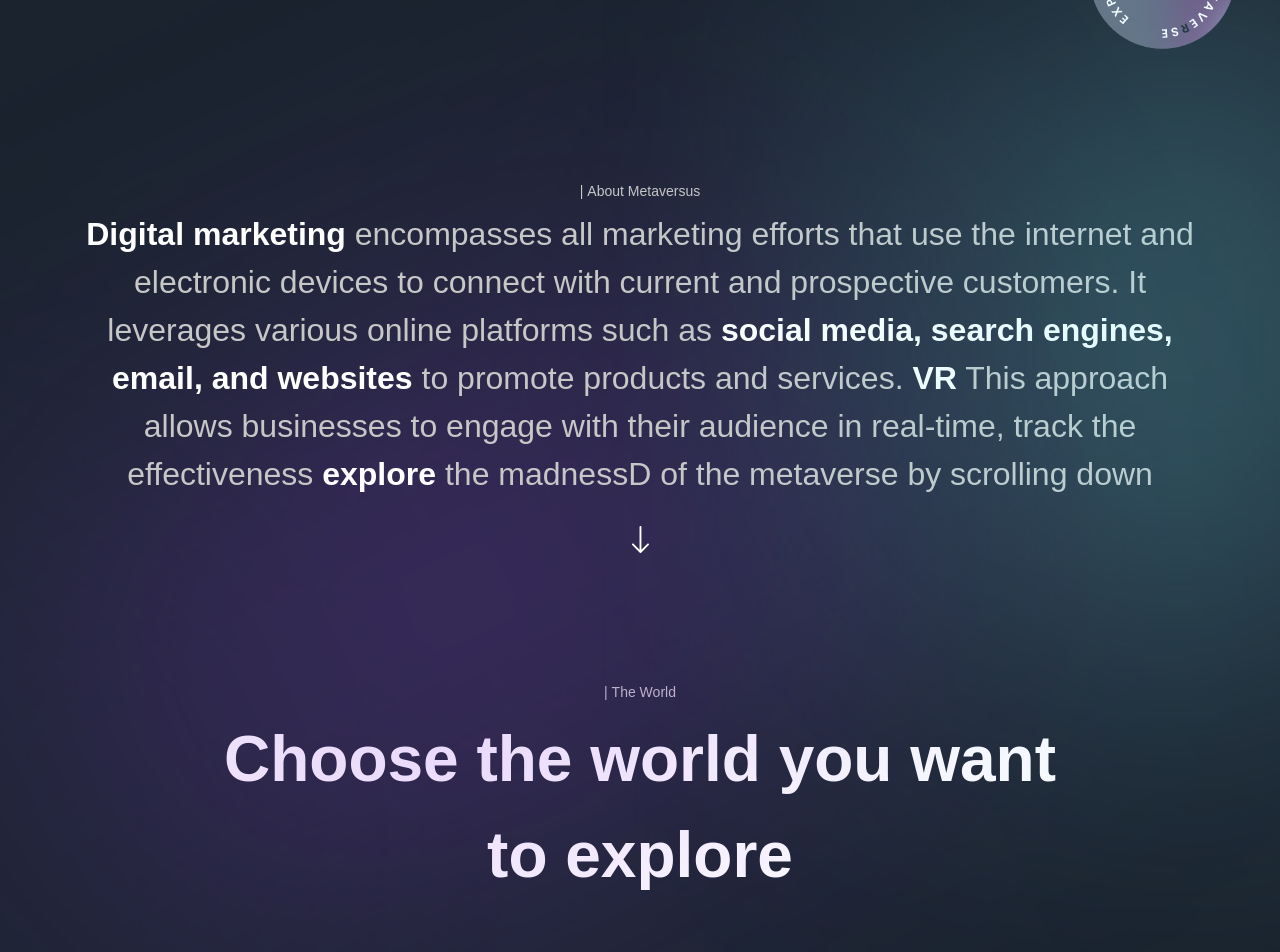
Repository: Shanuga123/metaversus
Page: /
The author's editor kept a copy of each file at every save. The page is drawn from the files as they stood at one save, then again after a run of saves.
The browser window is 1280 px wide. The pictures show the part of the page from y = 987 to 1939 px (the page is 7302 px tall).
Pictures or frames that could not be fetched are drawn as grey boxes. Some web fonts or font styles are not loaded; a fallback is used. The project was rebuilt for these pictures with package versions that can differ from the ones it lists, and the page was loaded fresh each time. The framework's server and built-in components were replaced by stand-ins that run in the browser. Also part of the build but not shown: next.config.js.

Above is the page before, as saved 2024-08-05 21:41:04.

### components/Navbar.jsx
'use client';

import { motion } from 'framer-motion';

import styles from '../styles';
import { navVariants } from '../utils/motion';

const Navbar = () => (
  <motion.nav
    variants={navVariants}
    initial="hidden"
    whileInView="show"
    className={`${styles.xPaddings} py-8 relative`}
  >
    <div className="absolute w-[50%] inset-0 gradient-01" />
    <div
      className={`${styles.innerWidth} mx-auto flex justify-between gap-8`}
    >
      <img
        src="/search.svg"
        alt="search"
        className="w-[24px] h-[24px] object-contain"
      />
      <h2 className="font-extrabold text-[24px] leading-[30.24px] text-white">
        METAVERSUS
      </h2>
      <img
        src="/menu.svg"
        alt="menu"
        className="w-[24px] h-[24px] object-contain"
      />
    </div>
  </motion.nav>
);

export default Navbar;

### components/CustomTexts.jsx
'use client';

import { motion } from 'framer-motion';
import { textContainer, textVariant2 } from '../utils/motion';

export const TypingText = ({ title, textStyles }) => (
  <motion.p
    variants={textContainer}
    className={`font-normal text-[14px] text-secondary-white ${textStyles}`}
  >
    {Array.from(title).map((letter, index) => (
      <motion.span variants={textVariant2} key={index}>
        {letter === ' ' ? '\u00A0' : letter}
      </motion.span>
    ))}
  </motion.p>
);

export const TitleText = ({ title, textStyles }) => (
  <motion.h2
    variants={textVariant2}
    initial="hidden"
    whileInView="show"
    className={`mt-[8px] font-bold md:text-[64px] text-[40px] text-white ${textStyles}`}
  >
    {title}
  </motion.h2>
);

### components/ExploreCard.jsx
'use client';

import { motion } from 'framer-motion';

import styles from '../styles';
import { fadeIn } from '../utils/motion';

const ExploreCard = ({ id, imgUrl, title, index, active, handleClick }) => (
  <motion.div
    variants={fadeIn('right', 'spring', index * 0.5, 0.75)}
    className={`relative ${
      active === id ? 'lg:flex-[3.5] flex-[10]' : 'lg:flex-[0.5] flex-[2]'
    } flex items-center justify-center min-w-[170px] h-[700px] transition-[flex] duration-[0.7s] ease-out-flex cursor-pointer`}
    onClick={() => handleClick(id)}
  >
    <img
      src={imgUrl}
      alt="planet-04"
      className="absolute w-full h-full object-cover rounded-[24px]"
    />
    {active !== id ? (
      <h3 className="font-semibold sm:text-[26px] text-[18px] text-white absolute z-0 lg:bottom-20 lg:rotate-[-90deg] lg:origin-[0,0]">
        {title}
      </h3>
    ) : (
      <div className="absolute bottom-0 p-8 flex justify-start w-full flex-col bg-[rgba(0,0,0,0.5)] rounded-b-[24px]">
        <div
          className={`${styles.flexCenter} w-[60px] h-[60px] rounded-[24px] glassmorphism mb-[16px]`}
        >
          <img
            src="/headset.svg"
            alt="headset"
            className="w-1/2 h-1/2 object-contain"
          />
        </div>
        <p className="font-normal text-[16px] leading-[20.16px] text-white uppercase">
          Enter Metaverse
        </p>
        <h2 className="mt-[24px] font-semibold sm:text-[32px] text-[24px] text-white">
          {title}
        </h2>
      </div>
    )}
  </motion.div>
);

export default ExploreCard;

### components/InsightCard.jsx
'use client';

import { motion } from 'framer-motion';

import { fadeIn } from '../utils/motion';

const InsightCard = ({ imgUrl, title, subtitle, index }) => (
  <motion.div
    variants={fadeIn('up', 'spring', index * 0.5, 1)}
    className="flex md:flex-row flex-col gap-4"
  >
    <img
      src={imgUrl}
      alt="planet-01"
      className="md:w-[270px] w-full h-[250px] rounded-[32px] object-cover"
    />
    <div className="w-full flex justify-between items-center">
      <div className="flex-1 md:ml-[62px] flex flex-col max-w-[650px]">
        <h4 className="font-normal lg:text-[42px] text-[26px] text-white">
          {title}
        </h4>
        <p className="mt-[16px] font-normal lg:text-[20px] text-[14px] text-secondary-white">
          {subtitle}
        </p>
      </div>

      <div
        className="lg:flex hidden items-center justify-center w-[100px] h-[100px] rounded-full bg-transparent border-[1px] border-white"
      >
        <img
          src="/arrow.svg"
          alt="arrow"
          className="w-[40%] h-[40%] object-contain"
        />
      </div>
    </div>
  </motion.div>
);

export default InsightCard;

### components/Footer.jsx
'use client';

import { motion } from 'framer-motion';
import { socials } from '../constants';

import styles from '../styles';
import { footerVariants } from '../utils/motion';

const Footer = () => (
  <motion.footer
    variants={footerVariants}
    initial="hidden"
    whileInView="show"
    className={`${styles.xPaddings} py-8 relative`}
  >
    <div className="footer-gradient" />
    <div className={`${styles.innerWidth} mx-auto flex flex-col gap-8`}>
      <div className="flex items-center justify-between flex-wrap gap-5">
        <h4 className="font-bold md:text-[64px] text-[44px] text-white">
          Enter the Metaverse
        </h4>
        <button type="button" className="flex items-center h-fit py-4 px-6 bg-[#25618B] rounded-[32px] gap-[12px]">
          <img
            src="/headset.svg"
            alt="headset"
            className="w-[24px] h-[24px] object-contain"
          />
          <span className="font-normal text-[16px] text-white">
            Enter Metaverse
          </span>
        </button>
      </div>

      <div className="flex flex-col">
        <div className="mb-[50px] h-[2px] bg-white opacity-10" />

        <div className="flex items-center justify-between flex-wrap gap-4">
          <h4 className="font-extrabold text-[24px] text-white">
            METAVERUS
          </h4>
          <p className="font-normal text-[14px] text-white opacity-50">
            Copyright © 2021 - 2022 Metaversus. All rights reserved.
          </p>

          <div className="flex gap-4">
            {socials.map((social) => (
              <img
                key={social.name}
                src={social.url}
                alt={social.name}
                className="w-[24px] h-[24px] object-contain cursor-pointer"
              />
            ))}
          </div>
        </div>
      </div>
    </div>
  </motion.footer>
);

export default Footer;

### sections/Hero.jsx
'use client';

import { motion } from 'framer-motion';

import styles from '../styles';
import { slideIn, staggerContainer, textVariant } from '../utils/motion';

const Hero = () => (
  <section className={`${styles.yPaddings} sm:pl-16 pl-6`}>
    <motion.div
      variants={staggerContainer}
      initial="hidden"
      whileInView="show"
      viewport={{ once: false, amount: 0.25 }}
      className={`${styles.innerWidth} mx-auto flex flex-col`}
    >
      <div className="flex justify-center items-center flex-col relative z-10">
        <motion.h1 variants={textVariant(1.1)} className={styles.heroHeading}>
          Digital
        </motion.h1>
        <motion.div
          variants={textVariant(1.2)}
          className="flex flex-row justify-center items-center"
        >
          <h1 className={styles.heroHeading}>MaR</h1>

          <h1 className={styles.heroHeading}>Keting</h1>
        </motion.div>
      </div>

      <motion.div
        variants={slideIn('right', 'tween', 0.2, 1)}
        className="relative w-full md:-mt-[20px] -mt-[12px]"
      >
        <div className="absolute w-full h-[300px] hero-gradient rounded-tl-[140px] z-[0] -top-[30px]" />

        <img
          src="/cover1.jpg"
          alt="hero_cover"
          className="w-full sm:h-[500px] h-[350px] object-cover rounded-tl-[140px] z-10 relative"
        />

        <a href="#explore">
          <div className="w-full flex justify-end sm:-mt-[70px] -mt-[50px] pr-[40px] relative z-10">
            <img
              src="/stamp.png"
              alt="stamp"
              className="sm:w-[155px] w-[100px] sm:h-[155px] h-[100px] object-contain"
            />
          </div>
        </a>
      </motion.div>
    </motion.div>
  </section>
);

export default Hero;

### sections/About.jsx
'use client';

import { motion } from 'framer-motion';
import { TypingText } from '../components';

import styles from '../styles';
import { fadeIn, staggerContainer } from '../utils/motion';

const About = () => (
  <section className={`${styles.paddings} relative z-10`}>
    <div className="gradient-02 z-0" />
    <motion.div
      variants={staggerContainer}
      initial="hidden"
      whileInView="show"
      viewport={{ once: false, amount: 0.25 }}
      className={`${styles.innerWidth} mx-auto ${styles.flexCenter} flex-col`}
    >
      <TypingText title="| About Metaversus" textStyles="text-center" />

      <motion.p
        variants={fadeIn('up', 'tween', 0.2, 1)}
        className="mt-[8px] font-normal sm:text-[32px] text-[20px] text-center text-secondary-white"
      >
        <span className="font-extrabold text-white">Digital marketing </span> encompasses all marketing efforts that use the internet and electronic devices to connect with current and prospective customers. It leverages various online platforms such as {' '}
        <span className="font-extrabold text-white">
        social media, search engines, email, and websites
        </span>{' '}
        to promote products and services.{' '}
        <span className="font-extrabold text-white">VR</span> This approach allows businesses to engage with their audience in real-time, track the effectiveness{' '}
        <span className="font-extrabold text-white">explore</span> the madnessD
        of the metaverse by scrolling down
      </motion.p>

      <motion.img
        variants={fadeIn('up', 'tween', 0.3, 1)}
        src="/arrow-down.svg"
        alt="arrow down"
        className="w-[18px] h-[28px] object-contain mt-[28px]"
      />
    </motion.div>
  </section>
);

export default About;

### sections/Explore.jsx
'use client';

import { useState } from 'react';
import { motion } from 'framer-motion';

import styles from '../styles';
import { exploreWorlds } from '../constants';
import { staggerContainer } from '../utils/motion';
import { ExploreCard, TitleText, TypingText } from '../components';

const Explore = () => {
  const [active, setActive] = useState('world-2');

  return (
    <section className={`${styles.paddings}`} id="explore">
      <motion.div
        variants={staggerContainer}
        initial="hidden"
        whileInView="show"
        viewport={{ once: false, amount: 0.25 }}
        className={`${styles.innerWidth} mx-auto flex flex-col`}
      >
        <TypingText title="| The World" textStyles="text-center" />
        <TitleText
          title={<>Choose the world you want <br className="md:block hidden" /> to explore</>}
          textStyles="text-center"
        />
        <div className="mt-[50px] flex lg:flex-row flex-col min-h-[70vh] gap-5">
          {exploreWorlds.map((world, index) => (
            <ExploreCard
              key={world.id}
              {...world}
              index={index}
              active={active}
              handleClick={setActive}
            />
          ))}
        </div>
      </motion.div>
    </section>
  );
};

export default Explore;

### sections/GetStarted.jsx
'use client';

import { motion } from 'framer-motion';

import styles from '../styles';
import { startingFeatures } from '../constants';
import { StartSteps, TitleText, TypingText } from '../components';
import { staggerContainer, fadeIn, planetVariants } from '../utils/motion';

const GetStarted = () => (
  <section className={`${styles.paddings} relative z-10`}>
    <motion.div
      variants={staggerContainer}
      initial="hidden"
      whileInView="show"
      viewport={{ once: false, amount: 0.25 }}
      className={`${styles.innerWidth} mx-auto flex lg:flex-row flex-col gap-8`}
    >
      <motion.div
        variants={planetVariants('left')}
        className={`flex-1 ${styles.flexCenter}`}
      >
        <img
          src="/get-started.png"
          alt="get-started"
          className="w-[90%] h-[90%] object-contain"
        />
      </motion.div>
      <motion.div
        variants={fadeIn('left', 'tween', 0.2, 1)}
        className="flex-[0.75] flex justify-center flex-col"
      >
        <TypingText title="| How Metaversus Works" />
        <TitleText title={<>Get started with just a few clicks</>} />
        <div className="mt-[31px] flex flex-col max-w-[370px] gap-[24px]">
          {startingFeatures.map((feature, index) => (
            <StartSteps
              key={feature}
              number={`${index < 10 ? '0' : ''} ${index + 1}`}
              text={feature}
            />
          ))}
        </div>
      </motion.div>
    </motion.div>
  </section>
);

export default GetStarted;

### sections/WhatsNew.jsx
'use client';

import { motion } from 'framer-motion';

import styles from '../styles';
import { newFeatures } from '../constants';
import { NewFeatures, TitleText, TypingText } from '../components';
import { planetVariants, staggerContainer, fadeIn } from '../utils/motion';

const WhatsNew = () => (
  <section className={`${styles.paddings} relative z-10`}>
    <motion.div
      variants={staggerContainer}
      initial="hidden"
      whileInView="show"
      viewport={{ once: false, amount: 0.25 }}
      className={`${styles.innerWidth} mx-auto flex lg:flex-row flex-col gap-8`}
    >
      <motion.div
        variants={fadeIn('right', 'tween', 0.2, 1)}
        className="flex-[0.95] flex justify-center flex-col"
      >
        <TypingText title="| Whats new?" />
        <TitleText title={<>What's new about Metaversus?</>} />
        <div className="mt-[48px] flex flex-wrap justify-between gap-[24px]">
          {newFeatures.map((feature) => (
            <NewFeatures key={feature.title} {...feature} />
          ))}
        </div>
      </motion.div>

      <motion.div
        variants={planetVariants('right')}
        className={`flex-1 ${styles.flexCenter}`}
      >
        <img
          src="/whats-new.png"
          alt="get-started"
          className="w-[90%] h-[90%] object-contain"
        />
      </motion.div>
    </motion.div>
  </section>
);

export default WhatsNew;

### sections/World.jsx
'use client';

import { motion } from 'framer-motion';

import styles from '../styles';
import { TitleText, TypingText } from '../components';
import { fadeIn, staggerContainer } from '../utils/motion';

const World = () => (
  <section className={`${styles.paddings} relative z-10`}>
    <motion.div
      variants={staggerContainer}
      initial="hidden"
      whileInView="show"
      viewport={{ once: false, amount: 0.25 }}
      className={`${styles.innerWidth} mx-auto flex flex-col`}
    >

      <TypingText title="| People on the World" textStyles="text-center" />
      <TitleText
        title={(
          <>Track friends around you and invite them to play together in the same
            world
          </>
        )}
        textStyles="text-center"
      />

      <motion.div
        variants={fadeIn('up', 'tween', 0.3, 1)}
        className="relative mt-[68px] flex w-full h-[550px]"
      >
        <img src="/map.png" alt="map" className="w-full h-full object-cover" />

        <div className="absolute bottom-20 right-20 w-[70px] h-[70px] p-[6px] rounded-full bg-[#5D6680]">
          <img src="people-01.png" alt="people" className="w-full h-full" />
        </div>

        <div className="absolute top-10 left-20 w-[70px] h-[70px] p-[6px] rounded-full bg-[#5D6680]">
          <img src="/people-02.png" alt="people" className="w-full h-full" />
        </div>

        <div className="absolute top-1/2 left-[45%] w-[70px] h-[70px] p-[6px] rounded-full bg-[#5D6680]">
          <img src="people-03.png" alt="people" className="w-full h-full" />
        </div>
      </motion.div>
    </motion.div>
  </section>
);

export default World;

### sections/Insights.jsx
'use client';

import { motion } from 'framer-motion';

import styles from '../styles';
import { insights } from '../constants';
import { staggerContainer } from '../utils/motion';
import { InsightCard, TitleText, TypingText } from '../components';

const Insights = () => (
  <section className={`${styles.paddings} relative z-10`}>
    <motion.div
      variants={staggerContainer}
      initial="hidden"
      whileInView="show"
      viewport={{ once: false, amount: 0.25 }}
      className={`${styles.innerWidth} mx-auto flex flex-col`}
    >
      <TypingText title="| Insight" textStyles="text-center" />
      <TitleText title={<>Insight about metaverse</>} textStyles="text-center" />
      <div className="mt-[50px] flex flex-col gap-[30px]">
        {insights.map((item, index) => (
          <InsightCard key={`insight-${index}`} {...item} index={index + 1} />
        ))}
      </div>
    </motion.div>
  </section>
);

export default Insights;

### sections/Feedback.jsx
'use client';

import { motion } from 'framer-motion';

import styles from '../styles';
import { fadeIn, staggerContainer, zoomIn } from '../utils/motion';

const Feedback = () => (
  <section className={`${styles.paddings}`}>
    <motion.div
      variants={staggerContainer}
      initial="hidden"
      whileInView="show"
      viewport={{ once: false, amount: 0.25 }}
      className={`${styles.innerWidth} mx-auto flex lg:flex-row flex-col gap-6`}
    >
      <motion.div
        variants={fadeIn('right', 'tween', 0.2, 1)}
        className="flex-[0.5] lg:max-w-[370px] flex justify-end flex-col gradient-05 sm:p-8 p-4 rounded-[32px] border-[1px] border-[#6A6A6A] relative"
      >
        <div className="feedback-gradient" />
        <div>
          <h4 className="font-bold sm:text-[32px] text-[26px] sm:leading-[40.32px] leading-[36.32px] text-white">
            Samantha
          </h4>
          <p className="mt-[8px] font-normal sm:text-[18px] text-[12px] sm:leading-[22.68px] leading-[16.68px] text-white">
            Founder Metaverus
          </p>
        </div>

        <p className="mt-[24px] font-normal sm:text-[24px] text-[18px] sm:leading-[45.6px] leading-[39.6px] text-white">
          “With the development of today's technology, metaverse is very
          useful for today's work, or can be called web 3.0. by using
          metaverse you can use it as anything”
        </p>
      </motion.div>

      <motion.div
        variants={fadeIn('left', 'tween', 0.2, 1)}
        className="relative flex-1 flex justify-center items-center"
      >
        <img
          src="/planet-09.png"
          alt="planet-09"
          className="w-full lg:h-[610px] h-auto min-h-[210px] object-cover rounded-[40px]"
        />

        <motion.div
          variants={zoomIn(0.4, 1)}
          className="lg:block hidden absolute -left-[10%] top-[3%]"
        >
          <img
            src="/stamp.png"
            alt="stamp"
            className="w-[155px] h-[155px] object-contain"
          />
        </motion.div>
      </motion.div>
    </motion.div>
  </section>
);

export default Feedback;

### styles/index.js
const styles = {
  innerWidth: '2xl:max-w-[1280px] w-full',
  interWidth: 'lg:w-[80%] w-[100%]',

  paddings: 'sm:p-16 xs:p-8 px-6 py-12',
  yPaddings: 'sm:py-16 xs:py-8 py-12',
  xPaddings: 'sm:px-16 px-6',
  topPaddings: 'sm:pt-16 xs:pt-8 pt-12',
  bottomPaddings: 'sm:pb-16 xs:pb-8 pb-12',

  flexCenter: 'flex justify-center items-center',
  flexStart: 'flex justify-start items-start',
  flexEnd: 'flex justify-end',
  navPadding: 'pt-[98px]',

  // hero section
  heroHeading:
      'font-bold lg:text-[144px] md:text-[100px] sm:text-[60px] text-[44px] lg:leading-[158.4px] md:leading-[114.4px] sm:leading-[74.4px] leading-[64.4px] uppercase text-white',
  heroRText:
      'md:w-[212px] sm:w-[80px] w-[60px] md:h-[108px] sm:h-[48px] h-[38px] md:border-[18px] border-[9px] rounded-r-[50px] border-white sm:mx-2 mx-[6px]',
};

export default styles;

### constants/index.js
export const exploreWorlds = [
  {
    id: 'world-1',
    imgUrl: '/planet-01.png',
    title: 'The Hogwarts',
  },
  {
    id: 'world-2',
    imgUrl: '/planet-02.png',
    title: 'The Upside Down',
  },
  {
    id: 'world-3',
    imgUrl: '/planet-03.png',
    title: 'Kadirojo Permai',
  },
  {
    id: 'world-4',
    imgUrl: '/planet-04.png',
    title: 'Paradise Island',
  },
  {
    id: 'world-5',
    imgUrl: '/planet-05.png',
    title: 'Hawkins Labs',
  },
];

export const startingFeatures = [
  'Find a world that suits you and you want to enter',
  'Enter the world by reading basmalah to be safe',
  'No need to beat around the bush, just stay on the gas and have fun',
];

export const newFeatures = [
  {
    imgUrl: '/vrpano.svg',
    title: 'A new world',
    subtitle:
        'we have the latest update with new world for you to try never mind',
  },
  {
    imgUrl: '/headset.svg',
    title: 'More realistic',
    subtitle:
        'In the latest update, your eyes are narrow, making the world more realistic than ever',
  },
];

export const insights = [
  {
    imgUrl: '/planet-06.png',
    title: 'The launch of the Metaverse makes Elon musk ketar-ketir',
    subtitle:
        'Magna etiam tempor orci eu lobortis elementum nibh tellus molestie. Diam maecenas sed enim ut sem viverra alique.',
  },
  {
    imgUrl: '/planet-07.png',
    title: '7 tips to easily master the madness of the Metaverse',
    subtitle:
        'Vitae congue eu consequat ac felis donec. Et magnis dis parturient montes nascetur ridiculus mus. Convallis tellus id interdum',
  },
  {
    imgUrl: '/planet-08.png',
    title: 'With one platform you can explore the whole world virtually',
    subtitle:
        'Quam quisque id diam vel quam elementum. Viverra nam libero justo laoreet sit amet cursus sit. Mauris in aliquam sem',
  },
];

export const socials = [
  {
    name: 'twitter',
    url: '/twitter.svg',
  },
  {
    name: 'linkedin',
    url: '/linkedin.svg',
  },
  {
    name: 'instagram',
    url: '/instagram.svg',
  },
  {
    name: 'facebook',
    url: '/facebook.svg',
  },
];

Loaded but not shown: app/layout.js (common file); app/page.js (common file); styles/globals.css (common file); components/index.js (common file); sections/index.js (common file); components/StartSteps.jsx (common file); components/NewFeatures.jsx (common file); tailwind.config.js (common file); utils/motion.js (161 lines, source omitted)

After the next 2 saves:
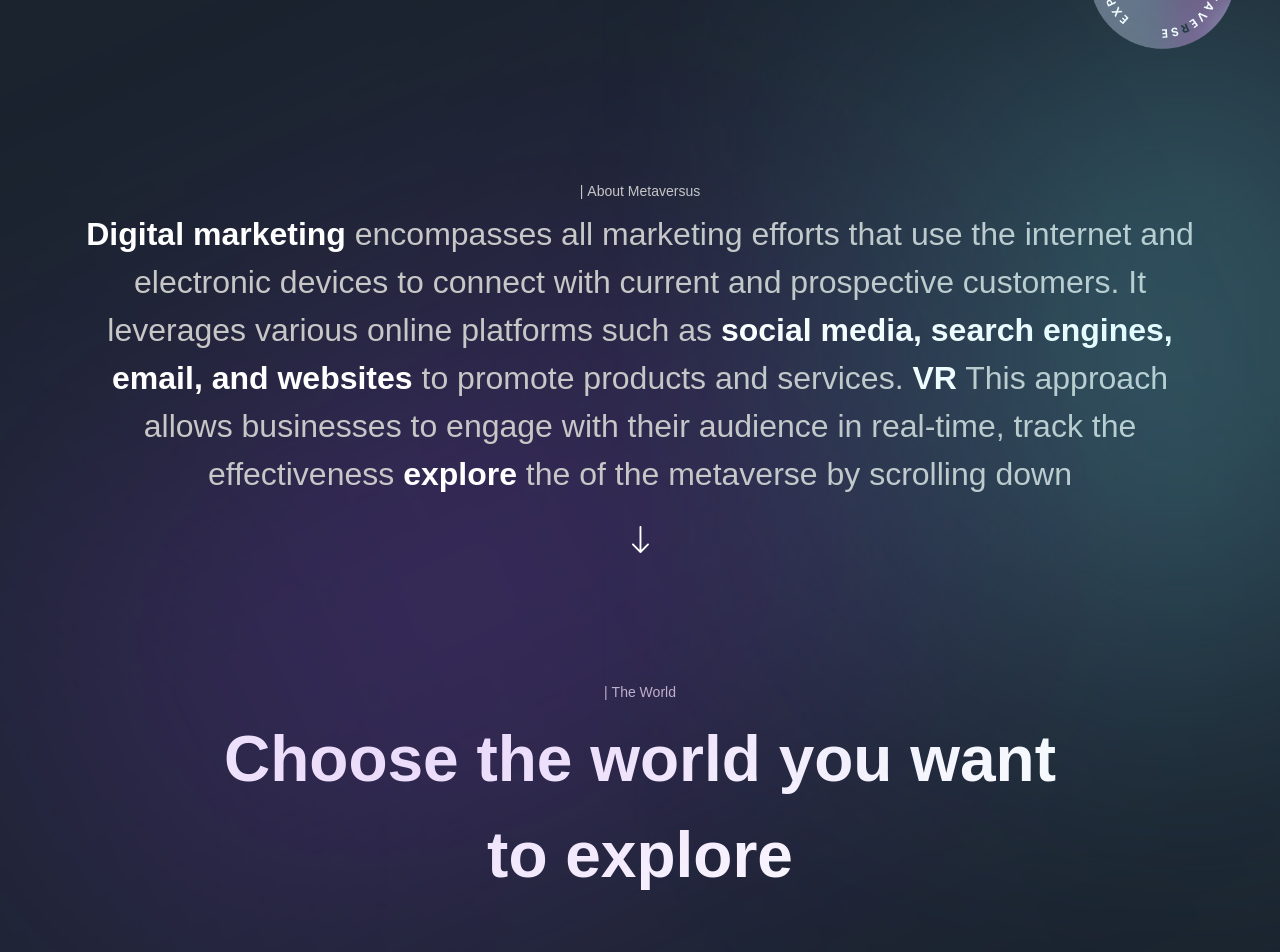
The 2 saves are shown as one change because they came seconds apart.
The last was saved 5 s later.
--- a/sections/About.jsx
+++ b/sections/About.jsx
@@ -28,7 +28,7 @@ const About = () => (
         </span>{' '}
         to promote products and services.{' '}
         <span className="font-extrabold text-white">VR</span> This approach allows businesses to engage with their audience in real-time, track the effectiveness{' '}
-        <span className="font-extrabold text-white">explore</span> the madnessD
+        <span className="font-extrabold text-white">explore</span> the
         of the metaverse by scrolling down
       </motion.p>
 
